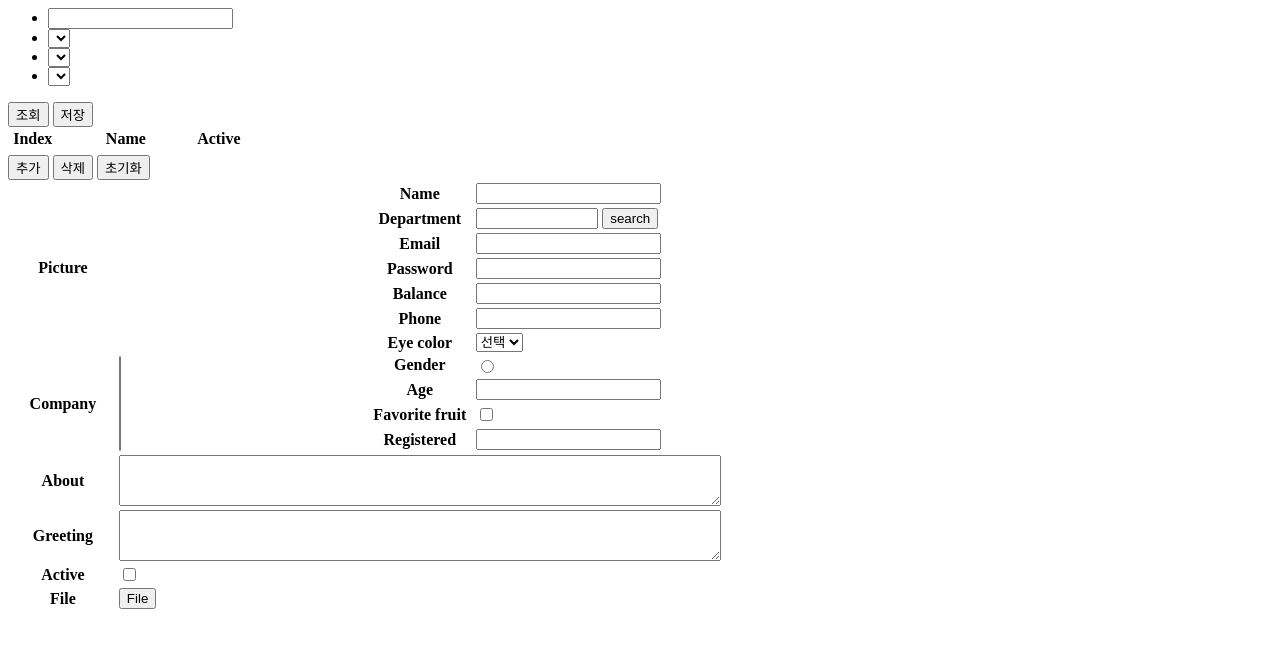
Repository: bbalganjjm/natural_js_boot
Page: src/main/resources/static/html/com/app/sample/type0401.html
The author's editor kept a copy of each file at every save. The page is drawn from the files as they stood at one save, then again after the next save.
The browser window is 1280 px wide. The pictures show the whole page.

Above is the page before, as saved 2021-03-17 18:07:54.
Console error: ReferenceError: N is not defined

### src/main/resources/static/html/com/app/sample/type0401.html
<article class="type0401">
    <div id="search" class="form__">
        <div class="criteria-panel">
            <ul>
                <li><input id="name" type="text" class="mdc-text-field" data-type="filled" data-label="Name"></li>
                <li><select id="age" class="mdc-njs-select" data-label="Age"><option value=""></option></select></li>
                <li><select id="gender" class="mdc-njs-select" data-label="Gender"><option value=""></option></select></li>
                <li><select id="eyeColor" class="mdc-njs-select" data-label="Eye Color"><option value=""></option></select></li>
            </ul>
        </div>
    </div>

    <div class="flex-horizental">
        <div style="max-width: 33%;">
            <div class="btn-panel">
                <button id="btnSearch" class="btn-search mdc-button mdc-button--raised" data-icon="youtube_searched_for">조회</button>
                <button id="btnSave" class="mdc-button" data-icon="save_alt">저장</button>
            </div>
            <table id="master" class="grid__">
                <colgroup>
                    <col style="width: 20%;">
                    <col style="width: 60%;">
                    <col style="width: 20%;">
                </colgroup>
                <thead>
                    <tr>
                        <th>Index</th>
                        <th>Name</th>
                        <th>Active</th>
                    </tr>
                </thead>
                <tbody>
                    <tr>
                        <td id="index" style="text-align: center;"></td>
                        <td id="name"></td>
                        <td id="isActive" style="text-align: center;"></td>
                    </tr>
                </tbody>
            </table>
        </div>

        <div>
            <div class="btn-panel">
                <button id="btnAdd" class="mdc-button" data-icon="playlist_add">추가</button>
                <button id="btnDelete" class="mdc-button" data-icon="delete_sweep">삭제</button>
                <button id="btnRevert" class="mdc-button" data-icon="restart_alt">초기화</button>
            </div>
            <table id="detail" class="form__">
                <colgroup>
                    <col style="width: 15%;">
                    <col style="width: 35%;">
                    <col style="width: 15%;">
                    <col style="width: 35%;">
                </colgroup>
                <tbody>
                    <tr>
                        <th rowspan="7">Picture</th>
                        <td rowspan="7" style="text-align: center; vertical-align: middle;"><img
                            src="data:[embedded picture, 60 characters]" height="110"></td>
                        <th>Name</th>
                        <td><input id="name" type="text" data-validate='[["required"]]'></td>
                    </tr>
                    <tr>
                        <th>Department</th>
                        <td>
                            <input id="deptNm" type="text" data-validate='[["required"]]' style="width: 50%;" readonly="readonly">
                            <button id="btnDept" class="mdc-icon-button mdc-icon-button--mini">search</button>
                        </td>
                    </tr>
                    <tr>
                        <th>Email</th>
                        <td><input id="email" type="text" data-validate='[["required"], ["email"]]'></td>
                    </tr>
                    <tr>
                        <th>Password</th>
                        <td><input id="key" type="text" data-format='[["generic", "@@＊＊＊＊＊＊"]]' data-validate='[["required"]]'></td>
                    </tr>
                    <tr>
                        <th>Balance</th>
                        <td><input id="balance" type="text" data-format='[["numeric", "$#,###.##0"]]' data-validate='[["required"], ["number"]]'></td>
                    </tr>
                    <tr>
                        <th>Phone</th>
                        <td><input id="phone" type="text" data-validate='[["required"]]'></td>
                    </tr>
                    <tr>
                        <th>Eye color</th>
                        <td><select id="eyeColor" data-validate='[["required"]]'><option>선택</option></select></td>
                    </tr>
                    <tr>
                        <th rowspan="4">Company</th>
                        <td rowspan="4"><select id="company" multiple="multiple" data-validate='[["required"]]' style="height: 95px;"></select></td>
                        <th>Gender</th>
                        <td><input id="gender" type="radio"></td>
                    </tr>
                    <tr>
                        <th>Age</th>
                        <td><input id="age" type="text" data-validate='[["required"], ["integer"]]'></td>
                    </tr>
                    <tr>
                        <th>Favorite fruit</th>
                        <td><input id="favoriteFruit" type="checkbox" data-validate='[["required"]]'></td>
                    </tr>
                    <tr>
                        <th>Registered</th>
                        <td><input id="registered" type="text" data-format='[["date", 8, "date"]]' data-validate='[["required"]]'></td>
                    </tr>
                    <tr>
                        <th>About</th>
                        <td colspan="3"><textarea id="about" style="width: 100%;" rows="3" data-validate='[["required"]]' class="mdc-text-field" title="About"></textarea></td>
                    </tr>
                    <tr>
                        <th>Greeting</th>
                        <td colspan="3"><textarea id="greeting" style="width: 100%;" rows="3" data-validate='[["required"]]' class="mdc-text-field" title="Greeting"></textarea></td>
                    </tr>
                    <tr>
                        <th>Active</th>
                        <td colspan="3"><input id="isActive" type="checkbox"></td>
                    </tr>
                    <tr>
                        <th>File</th>
                        <td colspan="3"><button id="btnFile" class="mdc-button mdc-button--outlined" data-icon="file_present">File</button></td>
                    </tr>
                </tbody>
            </table>
        </div>
    </div>
</article>

<script type="text/javascript">
(function() {

    var cont = N(".type0401").cont({
        "p.select.gender" : [ "gender" ],
        "p.select.eyeColor" : [ "eyeColor" ],
        "p.select.company" : [ "company" ],
        "p.select.favoriteFruit" : [ "favoriteFruit" ],
        "p.select.age" : [ "c.getCommonCodeList", "age", "age", function(data) {
            return N(N.array.deduplicate(data, "age")).datasort("age");
        }],
        "p.form.search" : {
            "usage" : {
                "search-box" : {
                    "defaultButton" : ".btnSearch",
                    "events" : [{
                        "event" : "focusin",
                        "target" : "#name",
                        "handler" : function(e) {
                            N.log(e);
                        }
                    }]
                }
            }
        },
        "p.form.detail" : {
            revert : true,
            autoUnbind : true
        },
        "p.grid.master" : {
            height : 442,
            select : true,
            selectScroll : false,
            onSelect : function(index, rowEle, data, beforeRow, e) {
                // TODO 전처리

                APP.comm.utils.selectNBind.call(this, {
                    cont : cont,
                    form : "p.form.detail"
                });

                // 파일 요약 목록 생성
                if(data.length > 0) {
                    APP.comm.utils.getFileSummaryList(cont["p.form.detail"].val("fileId"), "fileName", 60, cont["e.btnFile.click"]);
                }

                // TODO 후처리
            },
            onBind : function(context, data, isFirstPage, isLastPage) {
                if(isFirstPage) {
                    this.select(0);
                }
            }
        },
        "p.popup.dept" : {
            url : "html/com/app/sample/type04P0.html",
            onOpen : "onOpen",
            onClose : function(onCloseData) {
                if (onCloseData) {
                    cont["p.form.detail"]
                    .val("deptNm", onCloseData.deptNm)
                    .val("deptCd", onCloseData.deptCd);
                }
            }
        },
        /**
         * 공통 파일 팝업.
         */
        "p.popup.file" : {
            onClose : function(onCloseData) {
                if(onCloseData) {
                    cont["p.form.detail"].val("fileId", onCloseData.fileId);

                	// 파일 요약 목록 생성
                    APP.comm.utils.createFileSummaryList(onCloseData.downloadList, "fileName", 60, cont["e.btnFile.click"]);
                }
            }
        },
        "c.getCommonCodeList" : function() {
            return N.comm("sample/getSampleList.json");
        },
        "c.getSampleList" : function() {
            return cont["p.form.search"].data(false).comm("sample/getSampleList.json");
        },
        "c.saveSample" : function() {
            return N(cont["p.grid.master"].data("modified")).comm({
                dataIsArray : true,dataIsArray : true, // Array 타입의 여러 행데이터가 1 개 일때는 자동으로 Object로 변환됩니다. 자동으로 변환되지 않게 하려면 dataIsArray 옵션을 true로 지정해 주세요.
                url : "sample/saveSample.json"
            });
        },
        "e.btnSearch.click" : function(e) {
            e.preventDefault();

            if (cont["p.form.search"].validate()) {
                cont["c.getSampleList"]().submit(function(data) {
                    // N.grid bind
                    cont["p.grid.master"].bind(data);
                });
            }
        },
        "e.btnDept.click" : function(e) {
            e.preventDefault();
            cont["p.popup.dept"].open(cont["p.form.detail"].data(true)[0]);
        },
        "e.btnSave.click" : function(e) {
            e.preventDefault();

            return APP.comm.utils.save.call(this, {
                cont : cont,
                comm : "c.saveSample",
                changed : "p.grid.master",
                validate : "p.form.detail",
                before : function() {
                    // TODO
                },
                after : function(data) {
                    cont["e.btnSearch.click"].click();
                }
            });
        },
        "e.btnAdd.click" : function(e) {
            e.preventDefault();

            if (cont["p.form.detail"].validate()) {
                cont["p.form.detail"].add();
            }
        },
        "e.btnDelete.click" : function(e) {
            e.preventDefault();

            cont["p.form.detail"].remove();
        },
        "e.btnRevert.click" : function(e) {
            e.preventDefault();

            if (cont["p.grid.master"].data("modified").length === 0) {
                N(window).alert(N.message.get(APP.comm.messages, "COMM-0001")).show();
                return false;
            }

            cont["p.form.detail"].revert();
        },
        "e.btnFile.click" : function(e) {
            e.preventDefault();

            cont["p.popup.file"].open(cont["p.form.detail"].val("fileId"));
        },
        init : function(view, request) {
			// cont.opener는 탭이 포함된 부모페이지의 Controller Object.
            if(cont.opener) {
                cont["p.form.search"].context().hide().prev("h3").hide().prev(".view-intro").hide();
				// 부모 페이지 컨트롤러의 검색 버튼 클릭
                cont.opener["e.btnSearch.click"].click();
            } else {
                cont["e.btnSearch.click"].click();
            }
        }
    });

})();
</script>

After the next save:
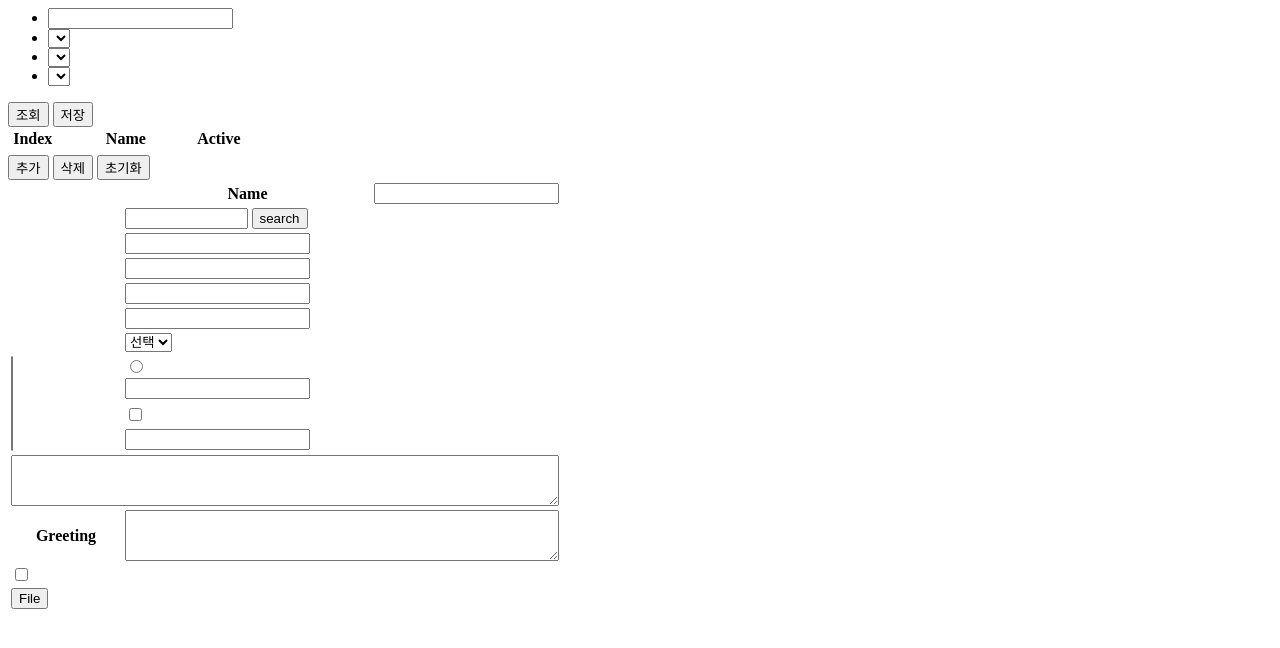
Saved 3 min 10 s later.
--- a/src/main/resources/static/html/com/app/sample/type0401.html
+++ b/src/main/resources/static/html/com/app/sample/type0401.html
@@ -46,67 +46,48 @@
                 <button id="btnRevert" class="mdc-button" data-icon="restart_alt">초기화</button>
             </div>
             <table id="detail" class="form__">
-                <colgroup>
-                    <col style="width: 15%;">
-                    <col style="width: 35%;">
-                    <col style="width: 15%;">
-                    <col style="width: 35%;">
-                </colgroup>
                 <tbody>
                     <tr>
-                        <th rowspan="7">Picture</th>
                         <td rowspan="7" style="text-align: center; vertical-align: middle;"><img
                             src="data:[embedded picture, 60 characters]" height="110"></td>
                         <th>Name</th>
                         <td><input id="name" type="text" data-validate='[["required"]]'></td>
                     </tr>
                     <tr>
-                        <th>Department</th>
                         <td>
                             <input id="deptNm" type="text" data-validate='[["required"]]' style="width: 50%;" readonly="readonly">
                             <button id="btnDept" class="mdc-icon-button mdc-icon-button--mini">search</button>
                         </td>
                     </tr>
                     <tr>
-                        <th>Email</th>
                         <td><input id="email" type="text" data-validate='[["required"], ["email"]]'></td>
                     </tr>
                     <tr>
-                        <th>Password</th>
                         <td><input id="key" type="text" data-format='[["generic", "@@＊＊＊＊＊＊"]]' data-validate='[["required"]]'></td>
                     </tr>
                     <tr>
-                        <th>Balance</th>
                         <td><input id="balance" type="text" data-format='[["numeric", "$#,###.##0"]]' data-validate='[["required"], ["number"]]'></td>
                     </tr>
                     <tr>
-                        <th>Phone</th>
                         <td><input id="phone" type="text" data-validate='[["required"]]'></td>
                     </tr>
                     <tr>
-                        <th>Eye color</th>
                         <td><select id="eyeColor" data-validate='[["required"]]'><option>선택</option></select></td>
                     </tr>
                     <tr>
-                        <th rowspan="4">Company</th>
                         <td rowspan="4"><select id="company" multiple="multiple" data-validate='[["required"]]' style="height: 95px;"></select></td>
-                        <th>Gender</th>
                         <td><input id="gender" type="radio"></td>
                     </tr>
                     <tr>
-                        <th>Age</th>
                         <td><input id="age" type="text" data-validate='[["required"], ["integer"]]'></td>
                     </tr>
                     <tr>
-                        <th>Favorite fruit</th>
                         <td><input id="favoriteFruit" type="checkbox" data-validate='[["required"]]'></td>
                     </tr>
                     <tr>
-                        <th>Registered</th>
                         <td><input id="registered" type="text" data-format='[["date", 8, "date"]]' data-validate='[["required"]]'></td>
                     </tr>
                     <tr>
-                        <th>About</th>
                         <td colspan="3"><textarea id="about" style="width: 100%;" rows="3" data-validate='[["required"]]' class="mdc-text-field" title="About"></textarea></td>
                     </tr>
                     <tr>
@@ -114,11 +95,9 @@
                         <td colspan="3"><textarea id="greeting" style="width: 100%;" rows="3" data-validate='[["required"]]' class="mdc-text-field" title="Greeting"></textarea></td>
                     </tr>
                     <tr>
-                        <th>Active</th>
                         <td colspan="3"><input id="isActive" type="checkbox"></td>
                     </tr>
                     <tr>
-                        <th>File</th>
                         <td colspan="3"><button id="btnFile" class="mdc-button mdc-button--outlined" data-icon="file_present">File</button></td>
                     </tr>
                 </tbody>
